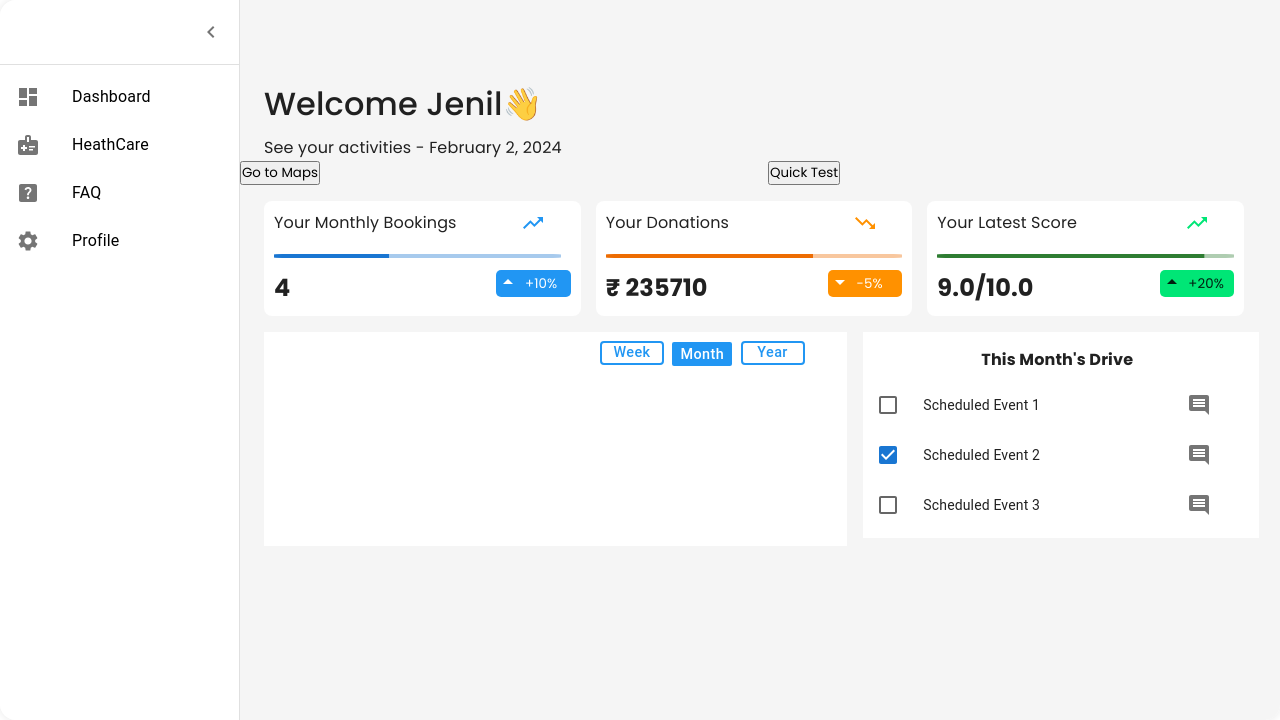
Repository: shubhampirate/Google_Solutions_Edural
Page: /dashboard
An editor plug-in stored every save of this project. The page is shown before and after the next save, followed by the edit.
The browser window is 1280 px wide. The pictures show the whole page.
The page's requests for data from a server got no answer. The project was rebuilt for these pictures with package versions that can differ from the ones it lists, and the page was loaded fresh each time. Some packages were replaced by stand-ins written for this rebuild. No one was signed in, and anything a server would have sent is missing. Also part of the build but not shown: src/Components/CustomButton.jsx, src/Components/Navbar.jsx, src/Components/Footer.jsx, src/Components/CongratsCard.jsx, src/pages/Hero/Hero.jsx, src/pages/Sign_in.jsx.

Above is the page before, as saved 2024-02-03 17:48:21.

After the next save:
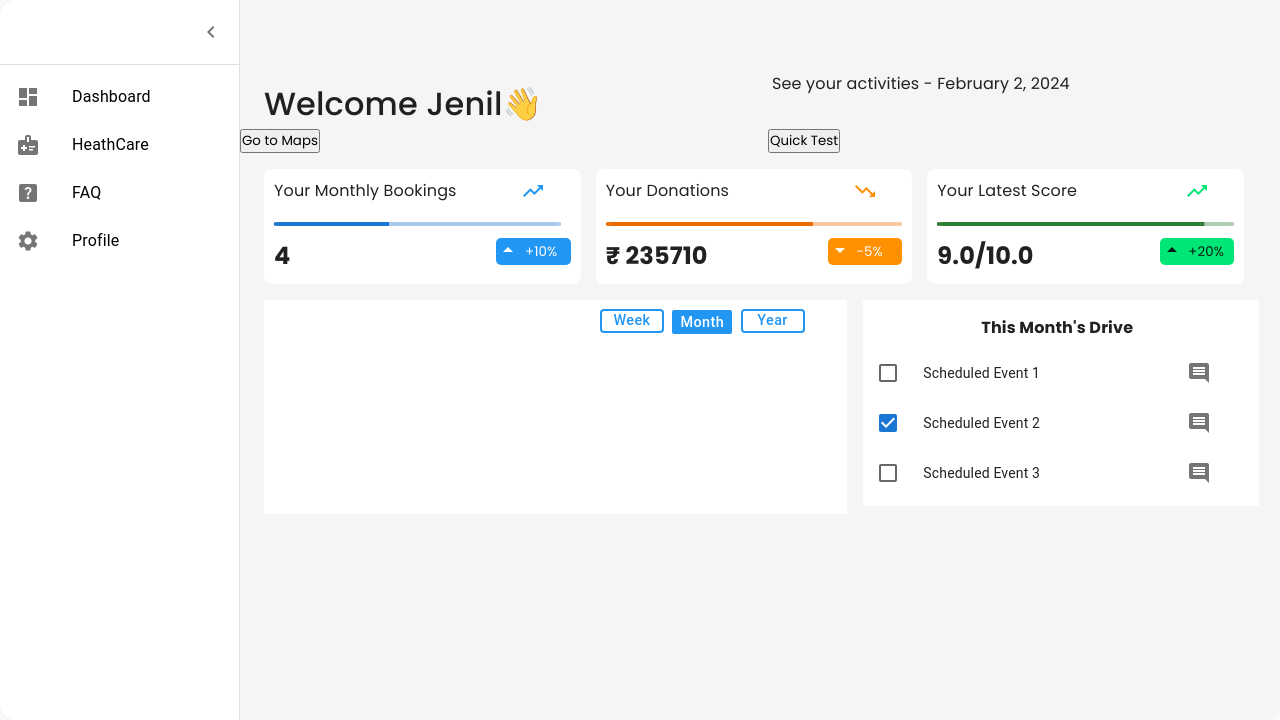
Saved 72 s later.
--- a/src/pages/Dashboard/Dashboard.jsx
+++ b/src/pages/Dashboard/Dashboard.jsx
@@ -302,15 +302,17 @@ export default function Dashboard() {
           }}>
           <Toolbar />
           <div>
-          <Grid container spacing={2} marginTop="0.02rem" paddingLeft={3} paddingRight={2}>
-            <Grid item xs={12}>
-              <div style={{ fontSize: "2rem", fontWeight: "500" }}>Welcome Jenil👋  </div>
-            </Grid>
-            <Grid item xs={12} marginTop="-0.5rem">
-              <div> See your activities - {formattedDate} </div>
-            </Grid>
-          </Grid>
-          <Grid container spacing={2}>
+      <Grid container spacing={2} marginTop="0.02rem" paddingLeft={3} paddingRight={2}>
+        <Grid item xs={6}>
+          <div style={{ fontSize: '2rem', fontWeight: '500' }}>Welcome Jenil👋</div>
+        </Grid>
+        <Grid item xs={6} marginTop="-0.5rem">
+          <div>See your activities - {formattedDate}</div>
+        </Grid>
+      </Grid>
+
+      {/* Buttons in the same line */}
+      <Grid container spacing={2}>
         <Grid item xs={6}>
           <button style={{ /* Add your button styles */ }}>Go to Maps</button>
         </Grid>
@@ -318,7 +320,7 @@ export default function Dashboard() {
           <button style={{ /* Add your button styles */ }}>Quick Test</button>
         </Grid>
       </Grid>
-      </div>
+    </div>
           <Grid container spacing={2} marginTop="1rem" paddingLeft={5} paddingRight={2}>
             <Grid item xs={12} md={3.8} style={{ backgroundColor: "white", padding: "10px", marginRight: "15px", borderRadius: "0.5rem" }}>
               <Grid item xs={12}>

After the save that followed:
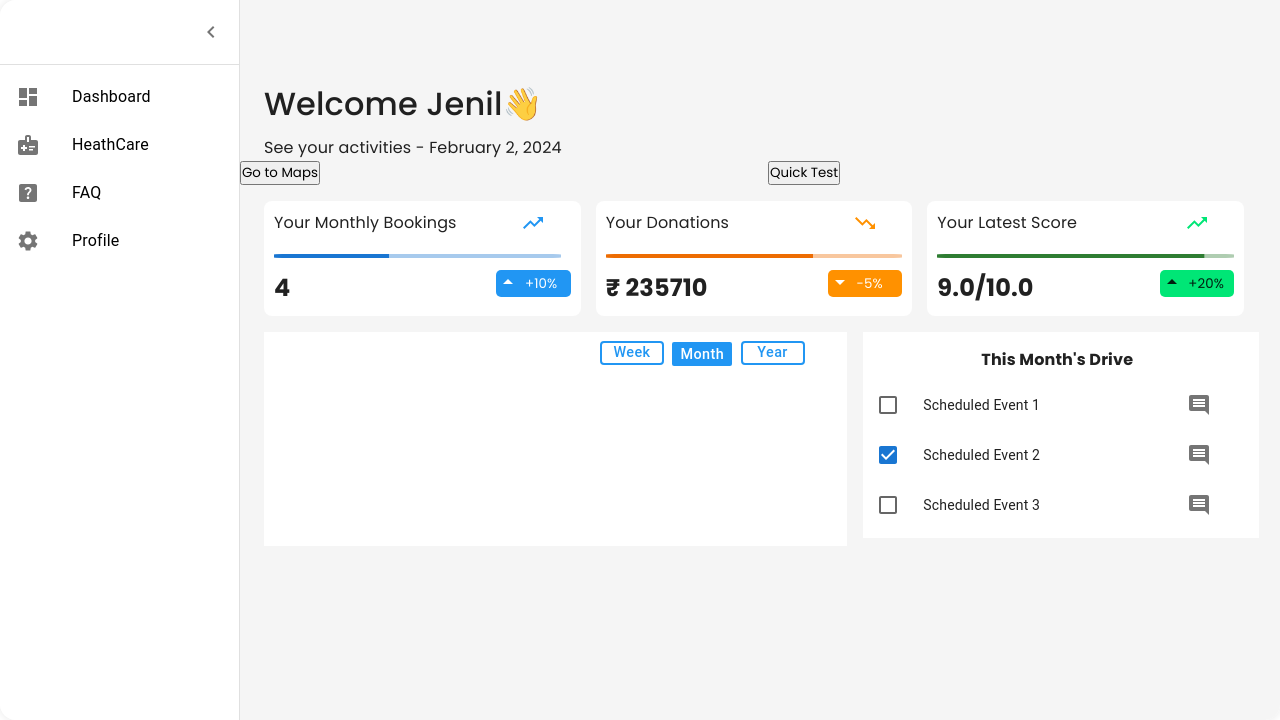
Saved 12 s later.
--- a/src/pages/Dashboard/Dashboard.jsx
+++ b/src/pages/Dashboard/Dashboard.jsx
@@ -302,17 +302,15 @@ export default function Dashboard() {
           }}>
           <Toolbar />
           <div>
-      <Grid container spacing={2} marginTop="0.02rem" paddingLeft={3} paddingRight={2}>
-        <Grid item xs={6}>
-          <div style={{ fontSize: '2rem', fontWeight: '500' }}>Welcome Jenil👋</div>
-        </Grid>
-        <Grid item xs={6} marginTop="-0.5rem">
-          <div>See your activities - {formattedDate}</div>
-        </Grid>
-      </Grid>
-
-      {/* Buttons in the same line */}
-      <Grid container spacing={2}>
+          <Grid container spacing={2} marginTop="0.02rem" paddingLeft={3} paddingRight={2}>
+            <Grid item xs={12}>
+              <div style={{ fontSize: "2rem", fontWeight: "500" }}>Welcome Jenil👋  </div>
+            </Grid>
+            <Grid item xs={12} marginTop="-0.5rem">
+              <div> See your activities - {formattedDate} </div>
+            </Grid>
+          </Grid>
+          <Grid container spacing={2}>
         <Grid item xs={6}>
           <button style={{ /* Add your button styles */ }}>Go to Maps</button>
         </Grid>
@@ -320,7 +318,7 @@ export default function Dashboard() {
           <button style={{ /* Add your button styles */ }}>Quick Test</button>
         </Grid>
       </Grid>
-    </div>
+      </div>
           <Grid container spacing={2} marginTop="1rem" paddingLeft={5} paddingRight={2}>
             <Grid item xs={12} md={3.8} style={{ backgroundColor: "white", padding: "10px", marginRight: "15px", borderRadius: "0.5rem" }}>
               <Grid item xs={12}>
